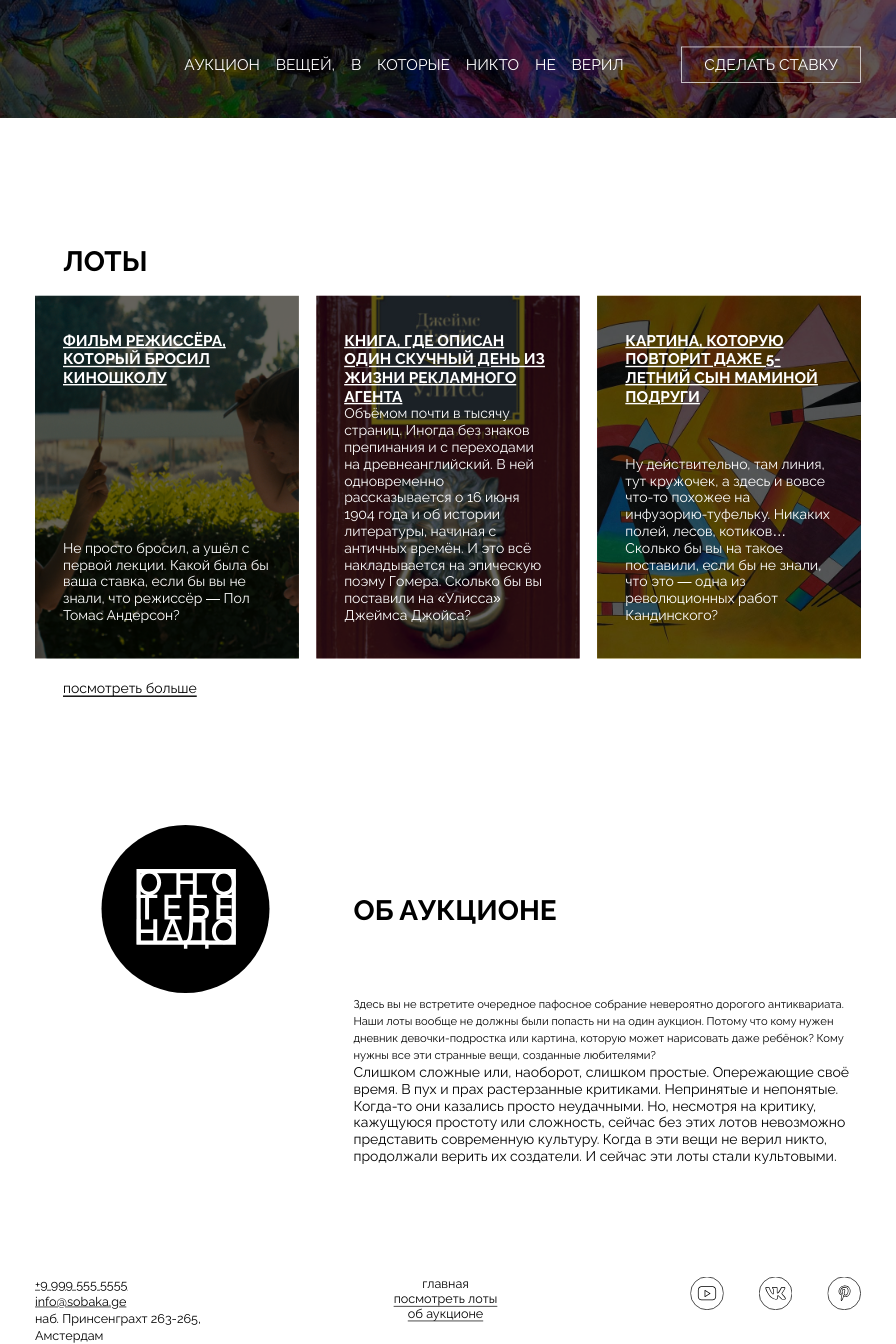
Repository: Hadoooouken/ono-tebe-nado
Page: index.html
These files come from the project's save history. The page is drawn as it stood at one moment and after the next save; the edit follows.
The browser window is 1280 px wide. The pictures show the part of the page from y = 882 to 2802 px (the page is 2802 px tall), at 70% of full size.

Above is the page before, as saved 2023-11-29 02:59:54.

After the next save:
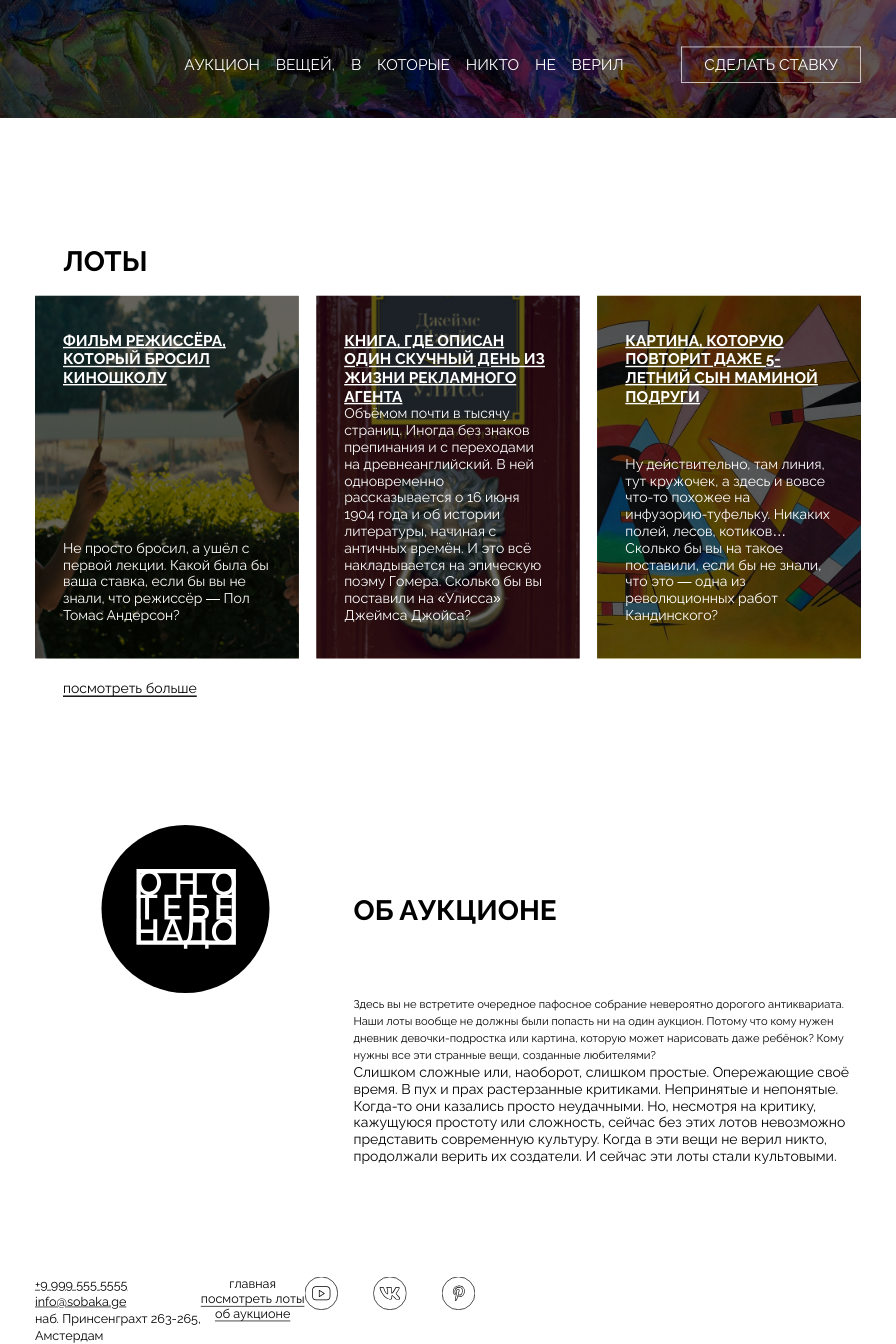
Saved 8 min 3 s later.
--- a/styles/style.css
+++ b/styles/style.css
@@ -291,7 +291,7 @@
 .footer {
   padding-top: 160px;
   display: flex;
-  justify-content: space-between;
+  j
 }
 
 

After the 2 saves that followed:
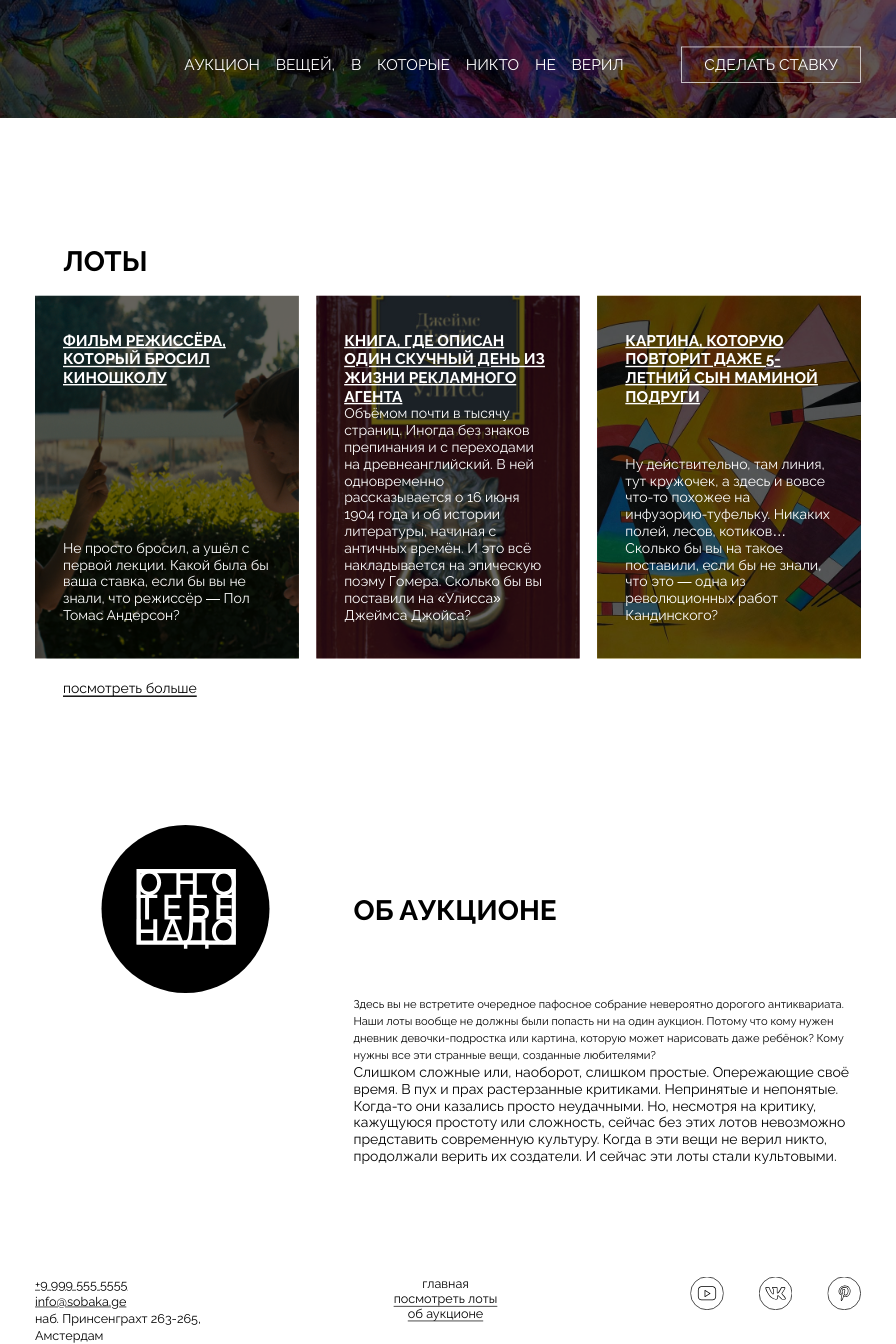
The 2 saves are shown as one change because they came seconds apart.
The last was saved 10 s later.
--- a/styles/style.css
+++ b/styles/style.css
@@ -291,7 +291,7 @@
 .footer {
   padding-top: 160px;
   display: flex;
-  j
+  justify-content: space-between;
 }
 
 
